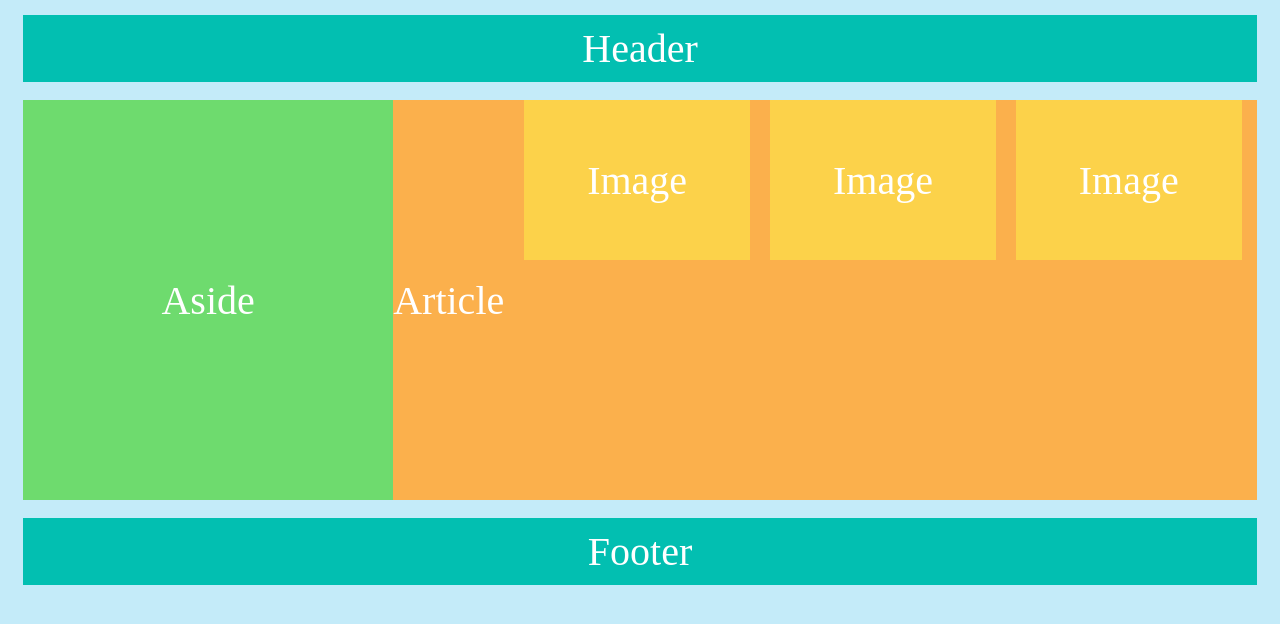
Repository: huyennvo/CSS
Page: flex-css-example/index.html
The author's editor kept a copy of each file at every save. The page is drawn from the files as they stood at one save, then again after the next save.
The browser window is 1280 px wide. The pictures show the whole page.

Above is the page before, as saved 2022-07-18 11:36:56.

### flex-css-example/index.html
<!DOCTYPE html>
<html lang="en">
<head>
    <meta charset="UTF-8">
    <meta http-equiv="X-UA-Compatible" content="IE=edge">
    <meta name="viewport" content="width=device-width, initial-scale=1.0">
    <title>Flexbox example</title>
    <link rel="stylesheet" href="./index.css">
</head>
<body>
    <div class="container">
        <div class="header">
            Header
        </div>
        <br>
        <div class="body">
            <div class="body-left">Aside</div>
            <div class="body-right">
                 <div class="body-right-top">Article</div>
                 <div class="body-right bottom">
                    <div class="item item1">Image</div>
                    <div class="item item2">Image</div>
                    <div class="item item3">Image</div>
                 </div>

            </div>
        </div>
        <br>
        <div class="footer">
            <footer>Footer</footer>
        </div>
    </div>
</body>
</html>

### flex-css-example/index.css
html {
    background-color: #C4EBF9;
}
 .container {
    align-content: center;
    margin: 15px;
    color: white;
}
.header {
    background-color: #02BFB1;
    text-align: center;
    font-size: 40px;
    padding: 10px;
}

.footer {
    background-color: #02BFB1;
    text-align: center;
    color: white;
    font-size: 40px;
    padding: 10px;
}

.body {
    display: flex;
    flex-direction: row;
    flex-wrap: wrap;
    justify-content: space-between;
}

.body-left {
    background-color: #6EDB6E;
    width: 30%;
    height: 400px;
    display: flex;
    justify-content: center;
    align-items: center;
    font-size: 40px;
}

.body-right {
    background-color: #FBB04C;
    width: 68.5%;
    height: 400px;
    font-size: 40px;
    display: flex;
    flex-direction: row;
    flex-grow: 2;

}

.body-right-bottom {
    display: flex;
    justify-content: center;
    align-items: flex-end;
    flex-grow: 3;
    flex-direction: row;
}

.body-right-top {
    display: flex;
    align-items: center;

}
.item {
     background-color: #FCD24A;
     display: flex;
     align-content: space-between;
     justify-content: center;
     align-items: center;
     width: 30%;
     height: 40%;
     margin-left: 20px;

}

After the next save:
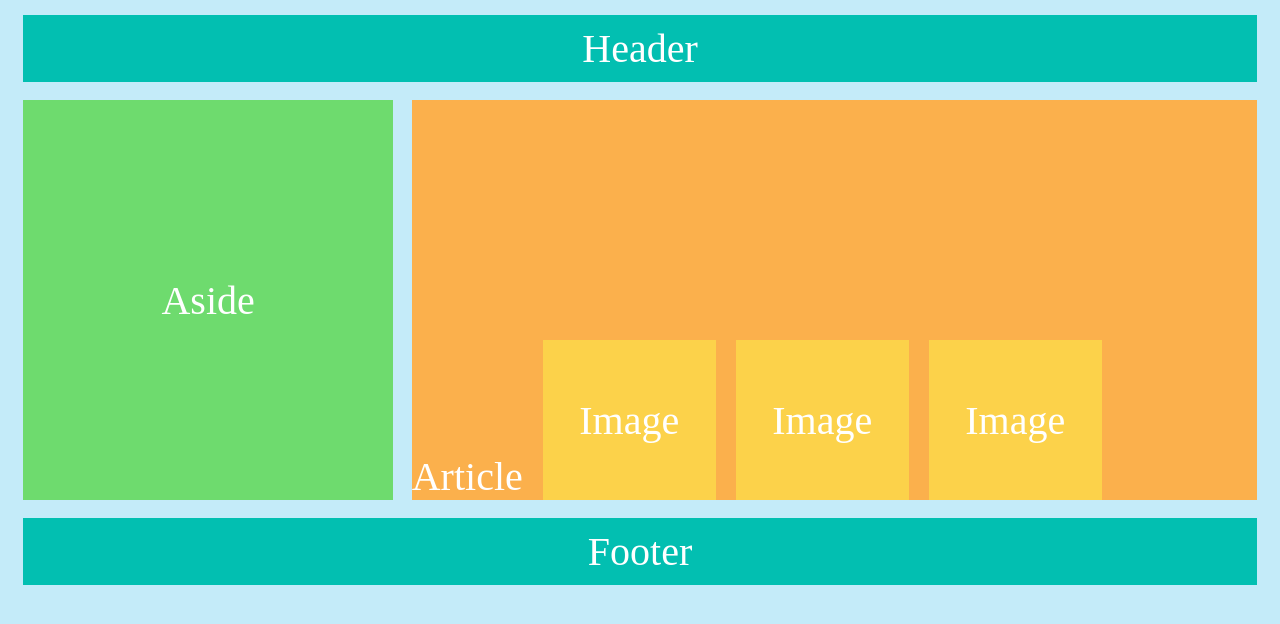
Saved 31 s later.
--- a/flex-css-example/index.css
+++ b/flex-css-example/index.css
@@ -45,7 +45,7 @@ html {
     font-size: 40px;
     display: flex;
     flex-direction: row;
-    flex-grow: 2;
+    align-items: flex-end;
 
 }
 
